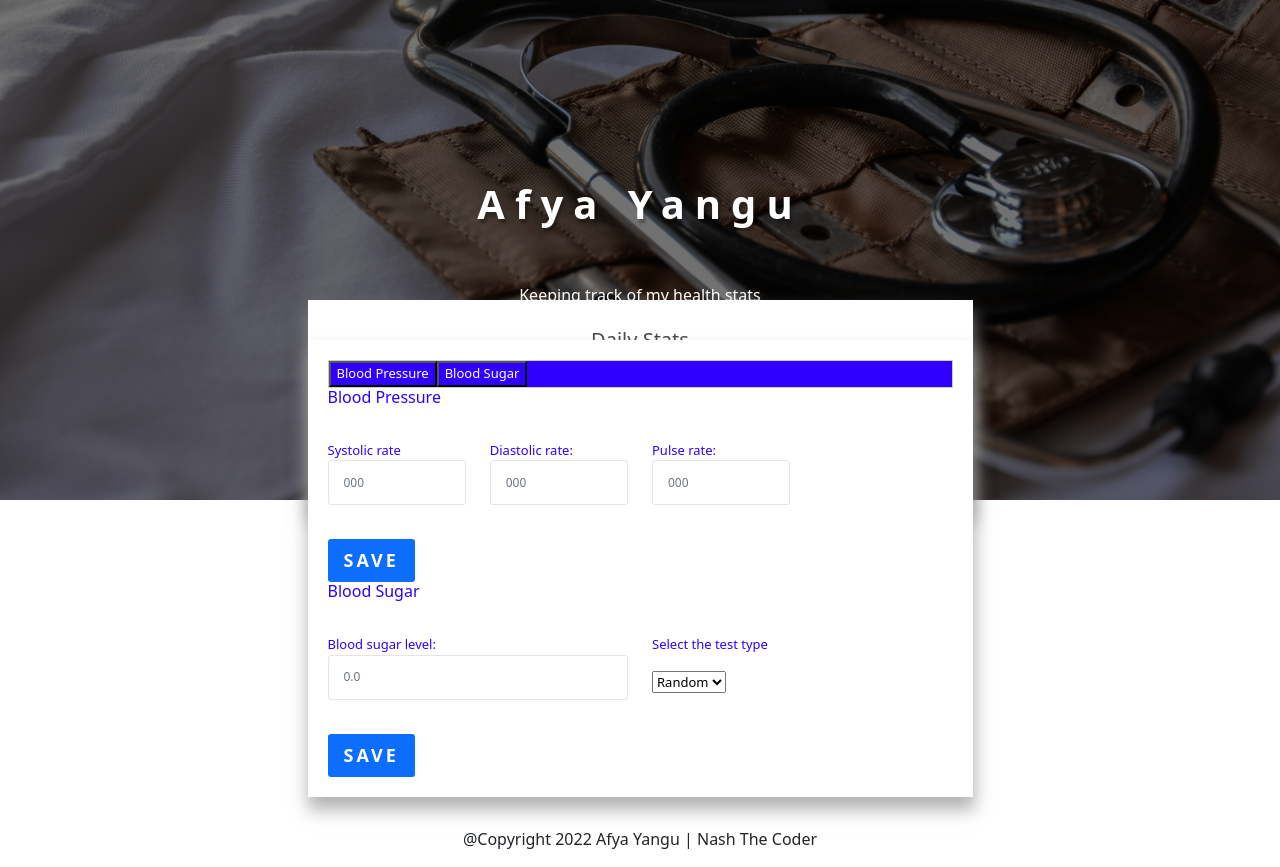
Repository: nashthecoder/afya_yangu
Page: / (app in client/)
An editor plug-in stored every save of this project. The page is shown before and after the next save, followed by the edit.
The browser window is 1280 px wide. The pictures show the whole page.
The project was rebuilt for these pictures with package versions that can differ from the ones it lists, and the page was loaded fresh each time.

Above is the page before, as saved 2022-03-17 09:34:52.

After the next save:
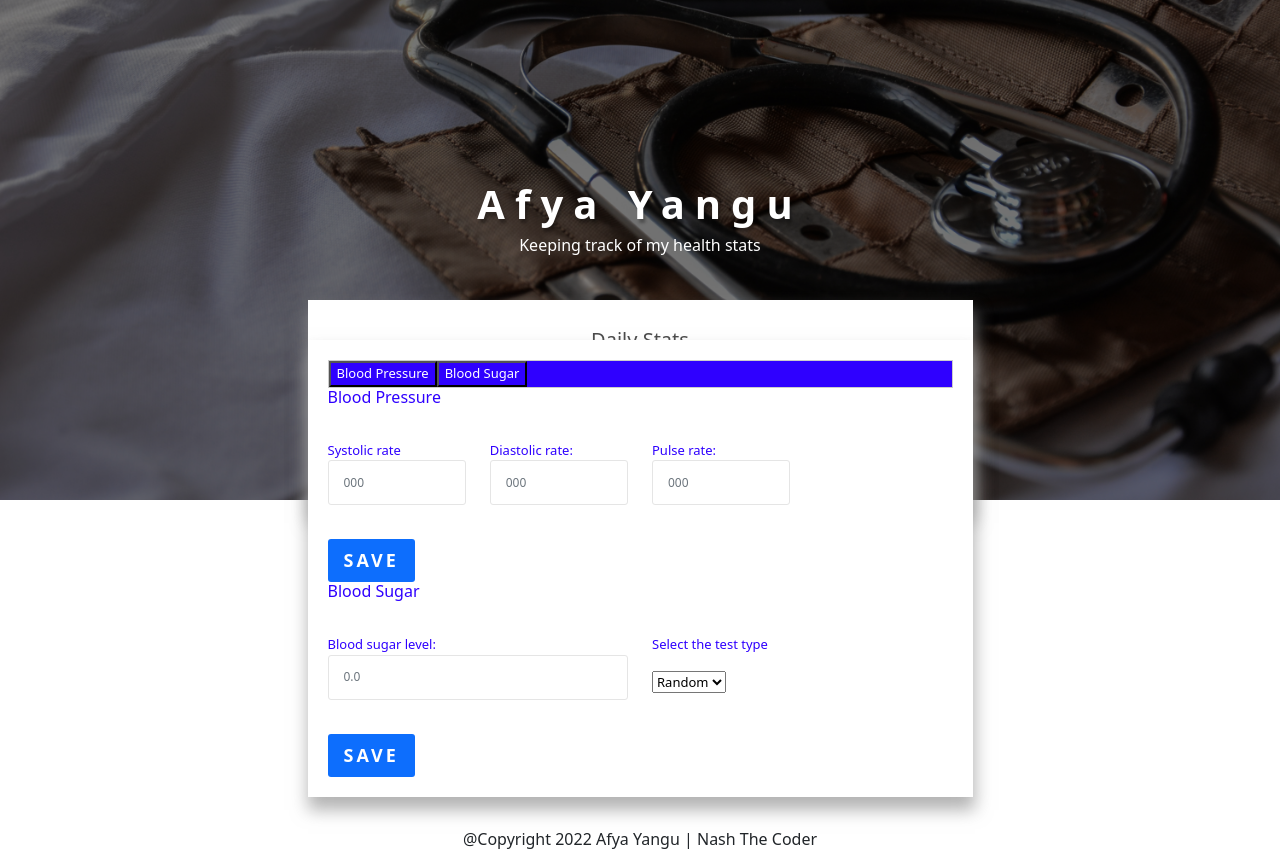
Saved 4 s later.
--- a/client/src/style.scss
+++ b/client/src/style.scss
@@ -93,7 +93,7 @@ input.form-control {
 
 .brand {
     text-shadow: 2px 4px 3px rgba(0, 0, 0, 0.3);
-    padding-bottom: 50px;
+    padding-bottom: px;
 }
 
 .caption-text {
